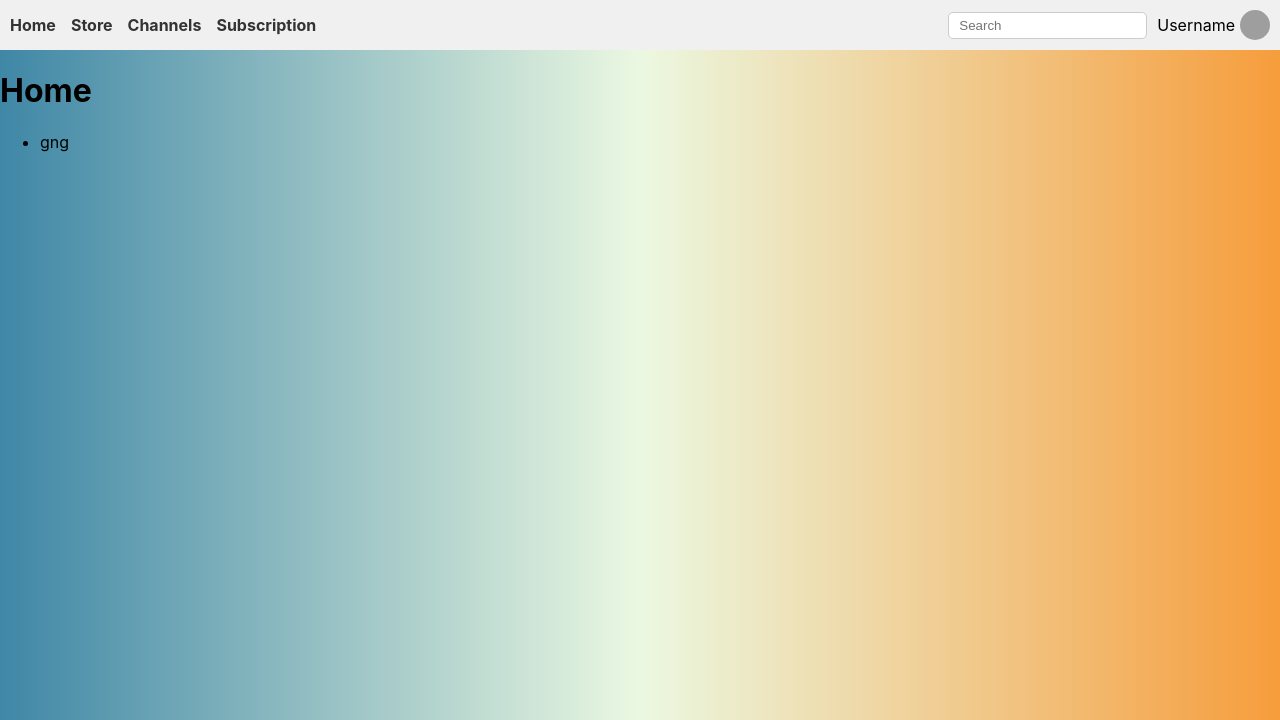
Repository: gordonnrat/group-2-project
Page: / (app in source-code/)
These files come from the project's save history. The page is drawn as it stood at one moment and after a run of saves; the edit follows.
The browser window is 1280 px wide. The pictures show the whole page.
Pictures or frames that could not be fetched are drawn as grey boxes. The project was rebuilt for these pictures with package versions that can differ from the ones it lists, and the page was loaded fresh each time. Also part of the build but not shown: source-code/src/App.css, source-code/src/App.js, source-code/src/components/pages/Login.js.

Above is the page before, as saved 2023-07-20 15:50:31.

### source-code/src/index.js
import React from 'react';
import ReactDOM from 'react-dom';
import './index.css';
import reportWebVitals from './reportWebVitals';
import {
  BrowserRouter as Router,
  Routes,
  Route,
  Link
} from "react-router-dom";

import App from './App';
import Home from './components/pages/Home';
import Login from './components/pages/Login';

ReactDOM.render(
  <React.StrictMode>
    <Router>
      <Routes>
        <Route path="/" element={<Home />} />
        <Route path="/login" element={<Login />} />
        {/* Add more routes here */}
        <Route path="/group-2-project" element={<Link to="/" />} />
      </Routes>
    </Router>
  </React.StrictMode>,
  document.getElementById('root')
);

// If you want to start measuring performance in your app, pass a function
// to log results (for example: reportWebVitals(console.log))
// or send to an analytics endpoint. Learn more: https://bit.ly/CRA-vitals
reportWebVitals();

### source-code/src/index.css
body {
  margin: 0;
  font-family: -apple-system, BlinkMacSystemFont, 'Segoe UI', 'Roboto', 'Oxygen',
    'Ubuntu', 'Cantarell', 'Fira Sans', 'Droid Sans', 'Helvetica Neue',
    sans-serif;
  -webkit-font-smoothing: antialiased;
  -moz-osx-font-smoothing: grayscale;
}

code {
  font-family: source-code-pro, Menlo, Monaco, Consolas, 'Courier New',
    monospace;
}

body {
  background: linear-gradient(0.25turn, #3f87a6, #ebf8e1, #f69d3c);

  black,012A4A,013A63,01497C
}

### source-code/src/components/pages/Home.js
import Navbar from "../Navbar";

function Home() {
    return(
        <div>
            <Navbar />
            <h1>Home</h1>
            <ul>
                <li>gng</li>
            </ul>
        </div>
    )
}

export default Home

### source-code/src/components/Navbar.js
import { Link } from "react-router-dom";
import "./Navbar.css";

function Navbar() {
  return (
    <nav className="navbar">
      <ul className="left-nav">
        <li>
          <Link to="/">
            <i className="fas fa-home"></i> Home
          </Link>
        </li>
        <li>
          <Link to="/Store">
            <i className="fas fa-store"></i> Store
          </Link>
        </li>
        <li>
          <Link to="/Channels">
            <i className="fas fa-tv"></i> Channels
          </Link>
        </li>
        <li>
          <Link to="/Subscription">
            <i className="fas fa-newspaper"></i> Subscription
          </Link>
        </li>
      </ul>
      <div className="right-nav">
        <input type="text" placeholder="Search" />
        <div className="user-section">
          {/* Your user-related elements can go here */}
          <span>Username</span>
          <img src="user_avatar.png" alt="User Avatar" />
        </div>
      </div>
    </nav>
  );
}

export default Navbar;

### source-code/src/components/Navbar.css
/* Navbar.css */

.navbar {
    background-color: #f0f0f0;
    padding: 10px;
    display: flex;
    justify-content: space-between;
    align-items: center;
}

.left-nav {
    list-style-type: none;
    margin: 0;
    padding: 0;
    display: flex;
    align-items: center;
}

.left-nav li {
    margin-right: 15px;
}

.left-nav li:last-child {
    margin-right: 0;
}

.left-nav li a {
    text-decoration: none;
    color: #333;
    font-size: 16px;
    font-weight: bold;
}

.left-nav li a:hover {
    color: #555;
}

.right-nav {
    display: flex;
    align-items: center;
}

.right-nav input[type="text"] {
    padding: 5px 10px;
    border: 1px solid #ccc;
    border-radius: 5px;
    margin-right: 10px;
}

.user-section {
    display: flex;
    align-items: center;
}

.user-section span {
    margin-right: 5px;
}

.user-section img {
    width: 30px;
    height: 30px;
    border-radius: 50%;
}

Loaded but not shown: source-code/public/index.html (common file); source-code/src/reportWebVitals.js (common file)

After the next 3 saves:
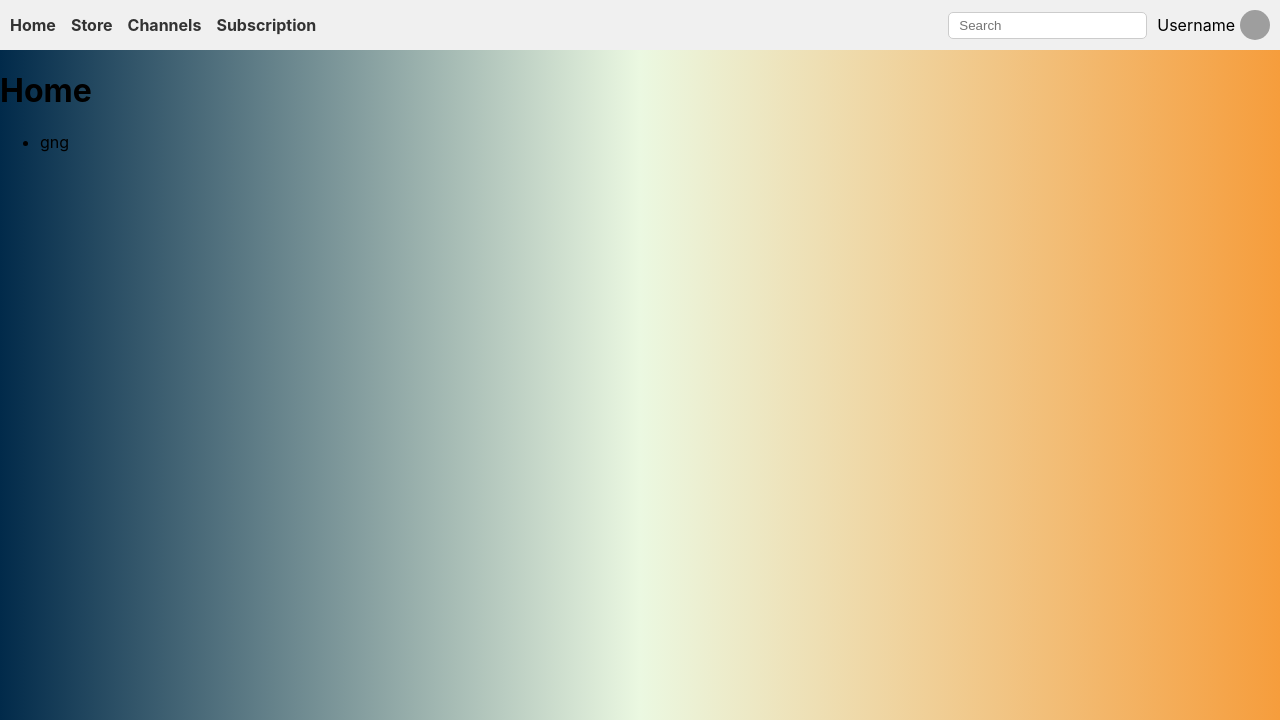
The 3 saves are shown as one change because they came seconds apart.
The last was saved 16 s later.
--- a/source-code/src/index.css
+++ b/source-code/src/index.css
@@ -13,7 +13,7 @@ code {
 }
 
 body {
-  background: linear-gradient(0.25turn, #3f87a6, #ebf8e1, #f69d3c);
+  background: linear-gradient(0.25turn, #012A4A, #ebf8e1, #f69d3c);
 
   black,012A4A,013A63,01497C
 }
